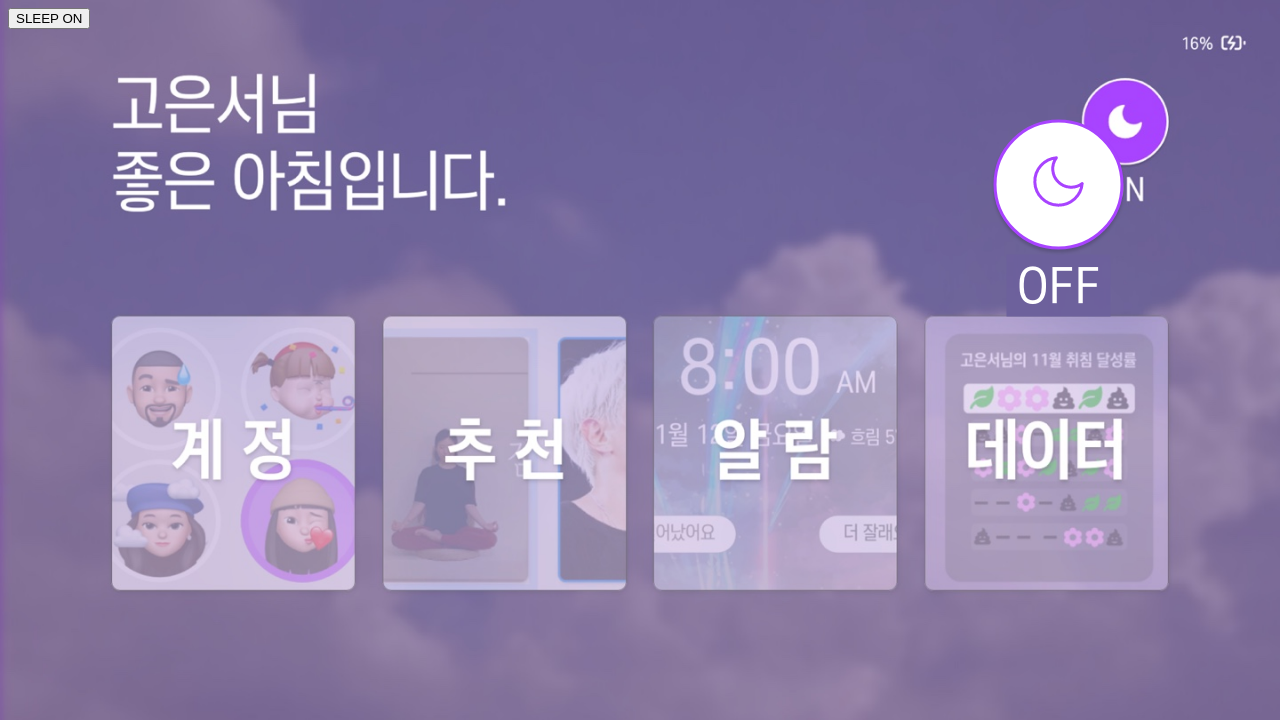
Repository: meanz1/SE_SleepWithMe
Page: SmartTVWorkspace/testapp/button.html
The author's editor kept a copy of each file at every save. The page is drawn from the files as they stood at one save, then again after the next save.
The browser window is 1280 px wide. The page is 1288 px wide, so the pictures cover 1288 px, including what lies to the right of the window. The pictures show the whole page.

Above is the page before, as saved 2021-11-18 07:16:34.

After the next save:
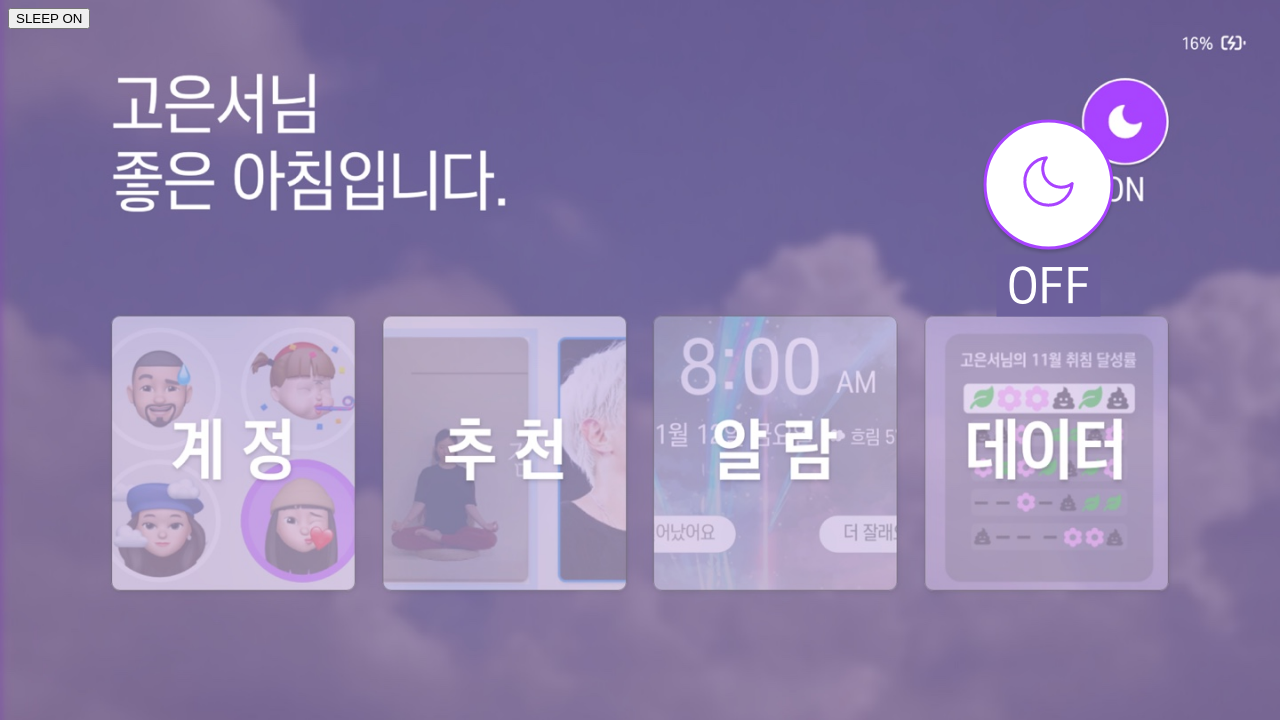
Saved 25 s later.
--- a/SmartTVWorkspace/testapp/button.html
+++ b/SmartTVWorkspace/testapp/button.html
@@ -18,7 +18,7 @@
     img {
     	float: right;
     	margin-top: 110px;
-    	margin-right: 160px;
+    	margin-right: 170px;
     }
 </style>
 <script type="text/javascript">
